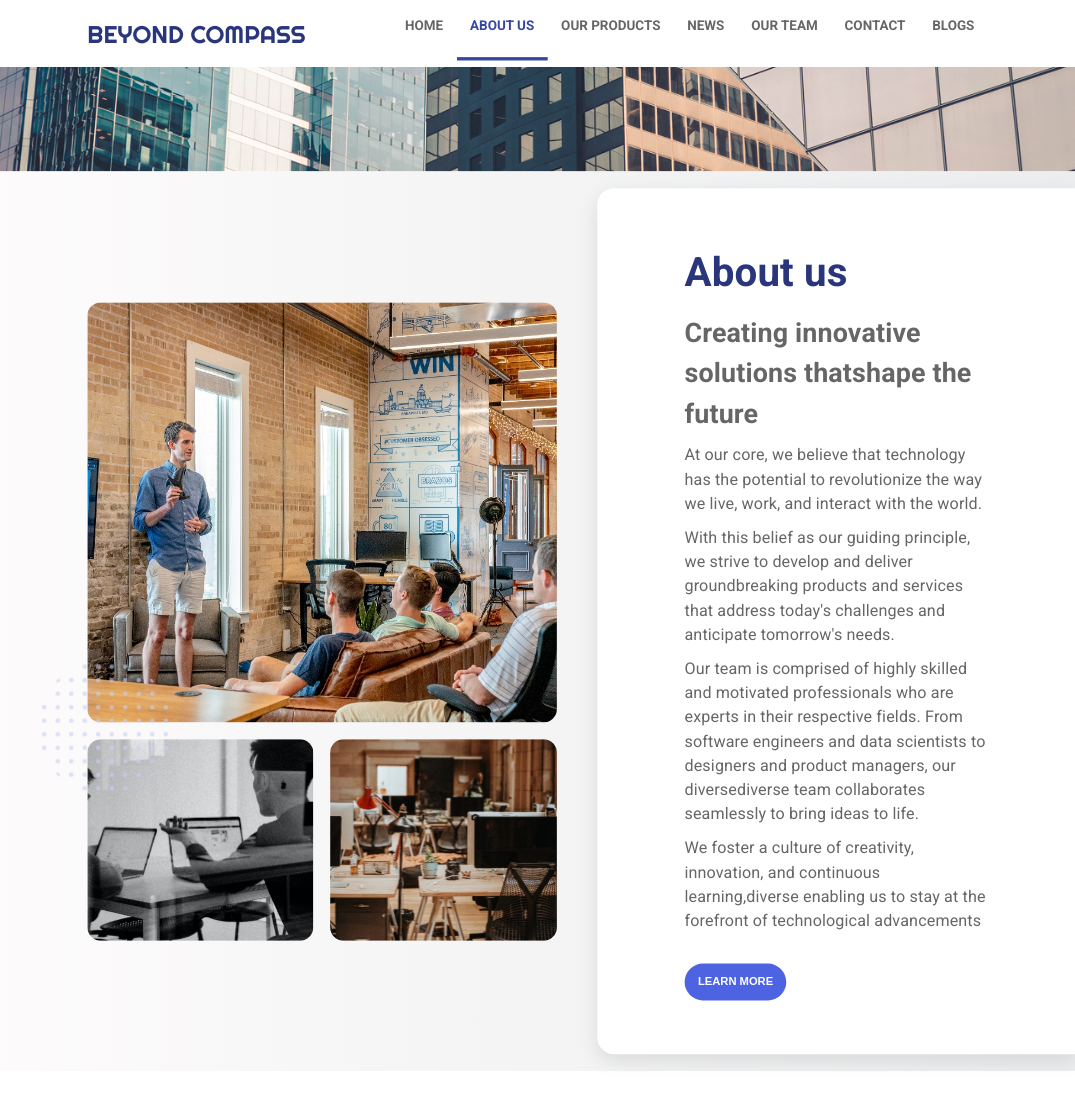
Repository: trunghau06/baitapRn
Page: pages/about.html
These files come from the project's save history. The page is drawn as it stood at one moment and after a run of saves; the edit follows.
The browser window is 1280 px wide. The pictures show the whole page, at 84% of full size.

Above is the page before, as saved 2025-10-15 20:17:30.

### pages/about.html
<!DOCTYPE html>
<html lang="en">
<head>
    <meta charset="UTF-8">
    <meta name="viewport" content="width=device-width, initial-scale=1.0">
    <title>About us</title>
    <link rel="stylesheet" href="../style/about.css?v=1">
    <link rel="stylesheet" href="https://cdnjs.cloudflare.com/ajax/libs/font-awesome/6.5.1/css/all.min.css">
    <link href="https://fonts.googleapis.com/css2?family=Roboto:wght@400;700&display=swap" rel="stylesheet">
</head>
<body>
    <!-- Thanh Header -->
    <header>
        <div class="header-Page">
            <!-- Logo -->
            <div class="logo">BEYOND COMPASS</div>

            <!-- Navigation Menu -->
            <nav>
                <div class="menu-item"><a href="../index.html">HOME</a></div>
                <div class="menu-item active"><a href="../pages/about.html">ABOUT US</a></div>
                <div class="menu-item"><a href="../pages/product.html">OUR PRODUCTS</a></div>
                <div class="menu-item"><a href="../pages/news.html">NEWS</a></div>
                <div class="menu-item"><a href="../pages/team.html">OUR TEAM</a></div>
                <div class="menu-item"><a href="../pages/contact.html">CONTACT</a></div>
                <div class="menu-item"><a href="../pages/blogs.html">BLOGS</a></div>
            </nav>
        </div>
    </header>

    <div class="header-banner"></div>

    <!-- Nội dung chính -->

    <div class="main-section">
        <!-- Phan khung anh-->
        <div class="image-section">
            <!-- Anh lon -->
            <div class="image-large">
                <img src="../Images/image_about_1.jpg" alt="Ảnh lớn">
            </div>

            <!-- Anh nho -->
            <div class="img-small">
                <img src="../Images/image_about_2.jpg" alt="Laptop workspace">
                <img src="../Images/image_about_3.jpg" alt="Office">
            </div>
        </div>

        <div class="image-blur">
            <img src="../Images/image_blur.png">
        </div>

        <!-- Phan noi dung -->
        <div class="content-section">
            <h2>About us</h2>

            <h3>Creating innovative solutions thatshape the future</h3>

            <p>
                At our core, we believe that technology has the potential to
                revolutionize the way we live, work, and interact with the world.
            </p>

            <p>
                With this belief as our guiding principle, we strive to develop and
                deliver groundbreaking products and services that address today's
                challenges and anticipate tomorrow's needs.
            </p>

            <p>
                Our team is comprised of highly skilled and motivated professionals
                who are experts in their respective fields. From software engineers
                and data scientists to designers and product managers, our diversediverse
                team collaborates seamlessly to bring ideas to life.
            </p>

            <p>
                We foster a culture of creativity, innovation, and continuous learning,diverse
                enabling us to stay at the forefront of technological advancements
            </p>

            <button class="btn-learnmore">LEARN MORE</button>
        </div>
    </div>
</body>
</html>

### style/about.css
@import url('https://fonts.googleapis.com/css2?family=Righteous&display=swap');

* {
    margin: 0;
    padding: 0;
    box-sizing: border-box;
}

body {
    font-family: Arial, sans-serif;
}

/* Header */
.header-Page {
    position: fixed;
    top: 0;
    left: 0;
    width: 100%;
    margin: 0 auto;
    padding: 0 104px;
    display: flex;
    justify-content: space-between;
    align-items: center;
    height: 80px;
    background-color: white;
    z-index: 1000;
}


/* Logo */
.logo {
    font-family: 'Righteous', Arial, sans-serif;
    color: #2A367C;
    font-size: 1.8em;
    font-weight: 400;
}

/* Menu */
nav {
    display: flex;
    align-items: flex-end;
}

.menu-item {
    display: flex;
    justify-content: center;
    padding: 0;
}

.menu-item a {
    display: flex;
    align-items: center;
    justify-content: center;
    padding: 12px 16px 28px 16px;
    text-decoration: none;
    color: #666666;
    font-size: 1em;
    font-weight: 700;
    font-family: 'Roboto', Arial, sans-serif;
    border-bottom: 4px solid transparent;
    transition: border-color 0.3s, color 0.3s;
    cursor: pointer;
}

.menu-item a:hover {
    border-bottom-color: #3746A0;
    color: #3746A0;
}

.menu-item.active a {
    border-bottom-color: #3746A0;
    color: #3746A0;
}

/* Banner */
.header-banner {
    width: 100%;
    height: 204px;
    background-image: url('../Images/anhHeader_2.png');
    background-size: cover;
    background-position: center;
}

/* Main Content */
.main-section {
    display: flex;
    justify-content: space-between;
    align-items: center;
    width: 100%;
    margin: 0 auto 40px 0;
    background-image: linear-gradient(to right, #FDFBFB, #EBEDEE);
    padding: 20px 0 20px 104px;
    gap: 48px;
    position: relative;
}

.image-blur {
    position: absolute;
    left: 50px;
    top: 62%;
    transform: translateY(-50%);
    z-index: 999;
}

.image-blur img {
    width: 150px;
    height: auto;
    opacity: 0.6;
}

.image-section {
    width: 50%;
    display: flex;
    flex-direction: column;
    gap: 20px;
    overflow: hidden;
}

.image-large {
    width: 100%;
    height: 500px;
    border-radius: 16px;
    overflow: hidden;
}

.image-large img {
    width: 100%;
    height: 100%;
    object-fit: cover;
    display: block;
}

.img-small {
    display: flex;
    gap: 20px;
}

.img-small img {
    width: 50%;
    height: 240px;
    aspect-ratio: 1 / 1;
    border-radius: 16px;
    object-fit: cover;
}

.content-section {
    width: 50%;
    background: #FFFFFF;
    box-shadow: 0 8px 24px rgba(0, 0, 0, 0.1);
    border-radius: 20px 0 0 20px;
    padding: 64px 104px;
    display: flex;
    flex-direction: column;
    justify-content: center;
}

.content-section h2 {
    font-family: 'Roboto', Arial, sans-serif;
    color: #2A367C;
    font-size: 3em;
    font-weight: 700;
    margin-bottom: 12px;
    line-height: 1.5;
    letter-spacing: 0.16px;
}

.content-section h3 {
    font-family: 'Roboto', Arial, sans-serif;
    font-size: 2em;
    color: #666666;
    font-weight: bold;
    margin-bottom: 12px;
    line-height: 1.5;
    letter-spacing: 0.16px;
}

.content-section p {
    color: #666666;
    font-family: 'Roboto', Arial, sans-serif;
    margin-bottom: 12px;
    line-height: 1.5;
    letter-spacing: 0.16px;
    font-size: 1.2em;
}

.btn-learnmore {
    margin-top: 24px;
    background-color: #4D63E2;
    color: white;
    font-size: 1.em;
    font-weight: 600;
    padding: 12px 16px;
    border: none;
    line-height: 1.5;
    letter-spacing: 1%;
    border-radius: 32px;
    cursor: pointer;
    transition: all 0.3s ease;
    align-self: flex-start;
}

After the next 2 saves:
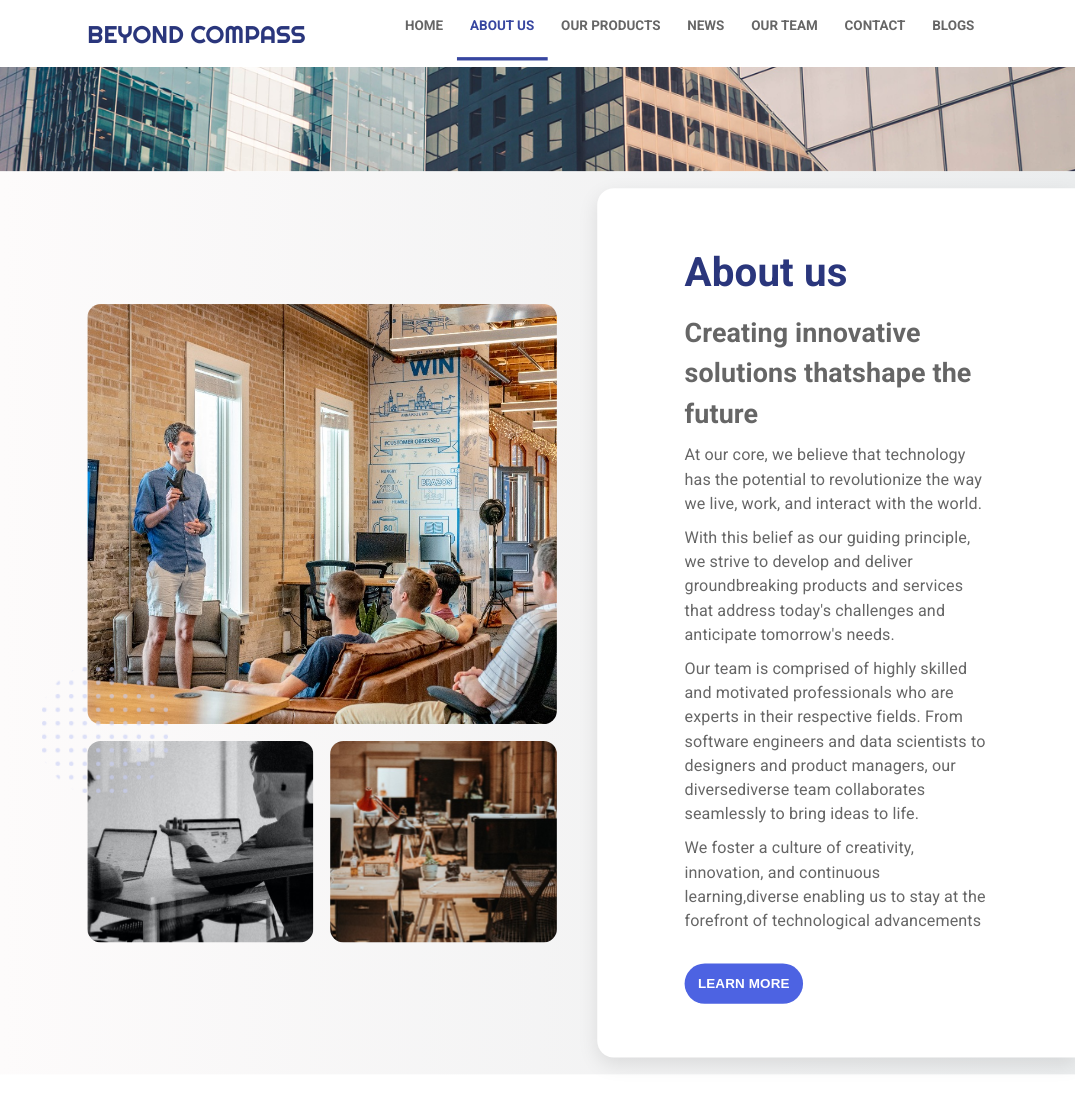
The 2 saves are shown as one change because they came seconds apart.
The last was saved 13 s later.
--- a/style/about.css
+++ b/style/about.css
@@ -187,12 +187,12 @@ nav {
     margin-top: 24px;
     background-color: #4D63E2;
     color: white;
-    font-size: 1.em;
+    font-size: 1em;
     font-weight: 600;
     padding: 12px 16px;
     border: none;
     line-height: 1.5;
-    letter-spacing: 1%;
+    letter-spacing: 0.16px;
     border-radius: 32px;
     cursor: pointer;
     transition: all 0.3s ease;
